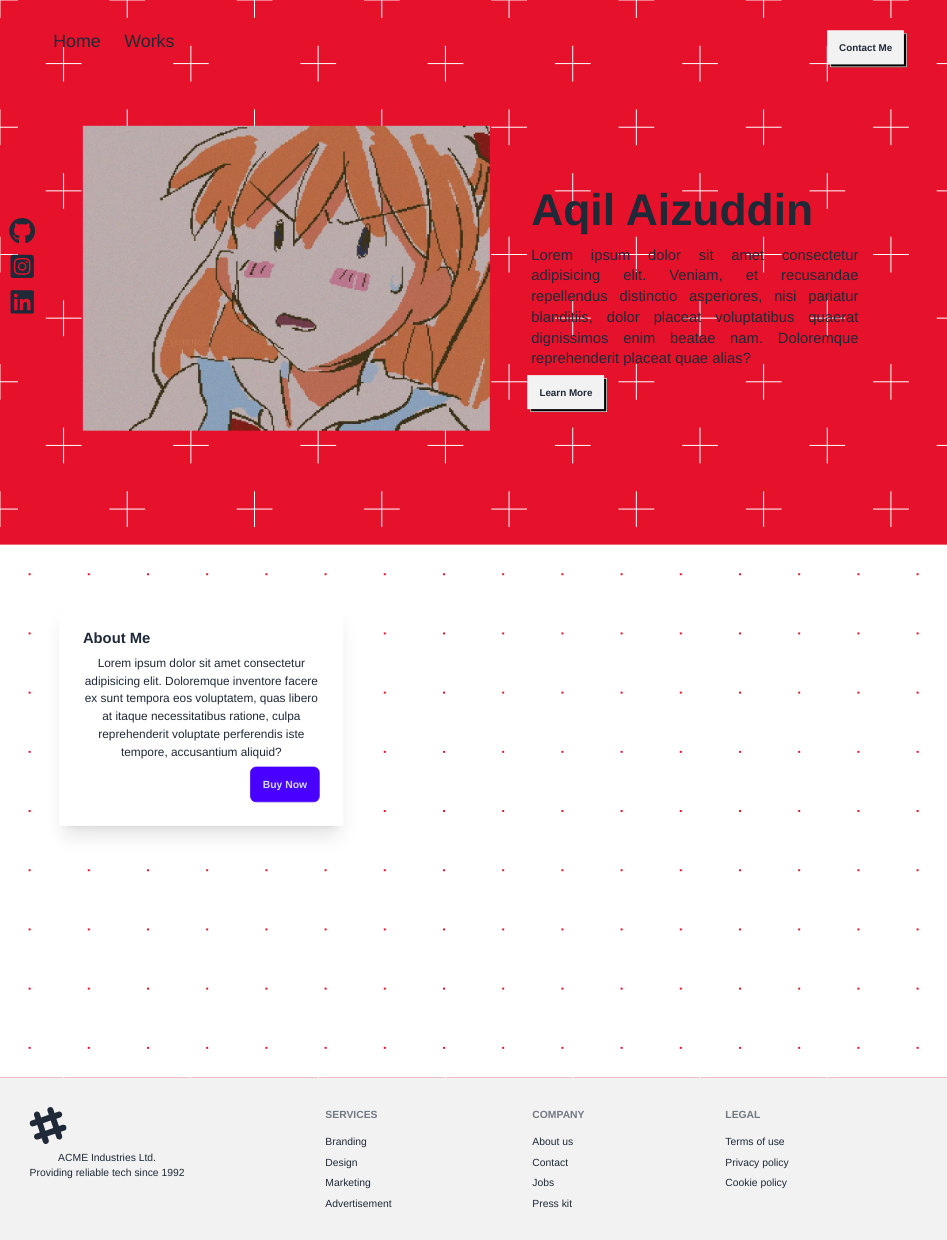
Repository: Ech026/echo-portfolio
Page: /echo-portfolio
An editor plug-in stored every save of this project. The page is shown before and after the next save, followed by the edit.
The browser window is 1280 px wide. The pictures show the whole page, at 74% of full size.
The project was rebuilt for these pictures with package versions that can differ from the ones it lists, and the page was loaded fresh each time. Also part of the build but not shown: vite.config.js, src/components/hero.jsx.

Above is the page before, as saved 2024-05-14 14:30:50.

After the next save:
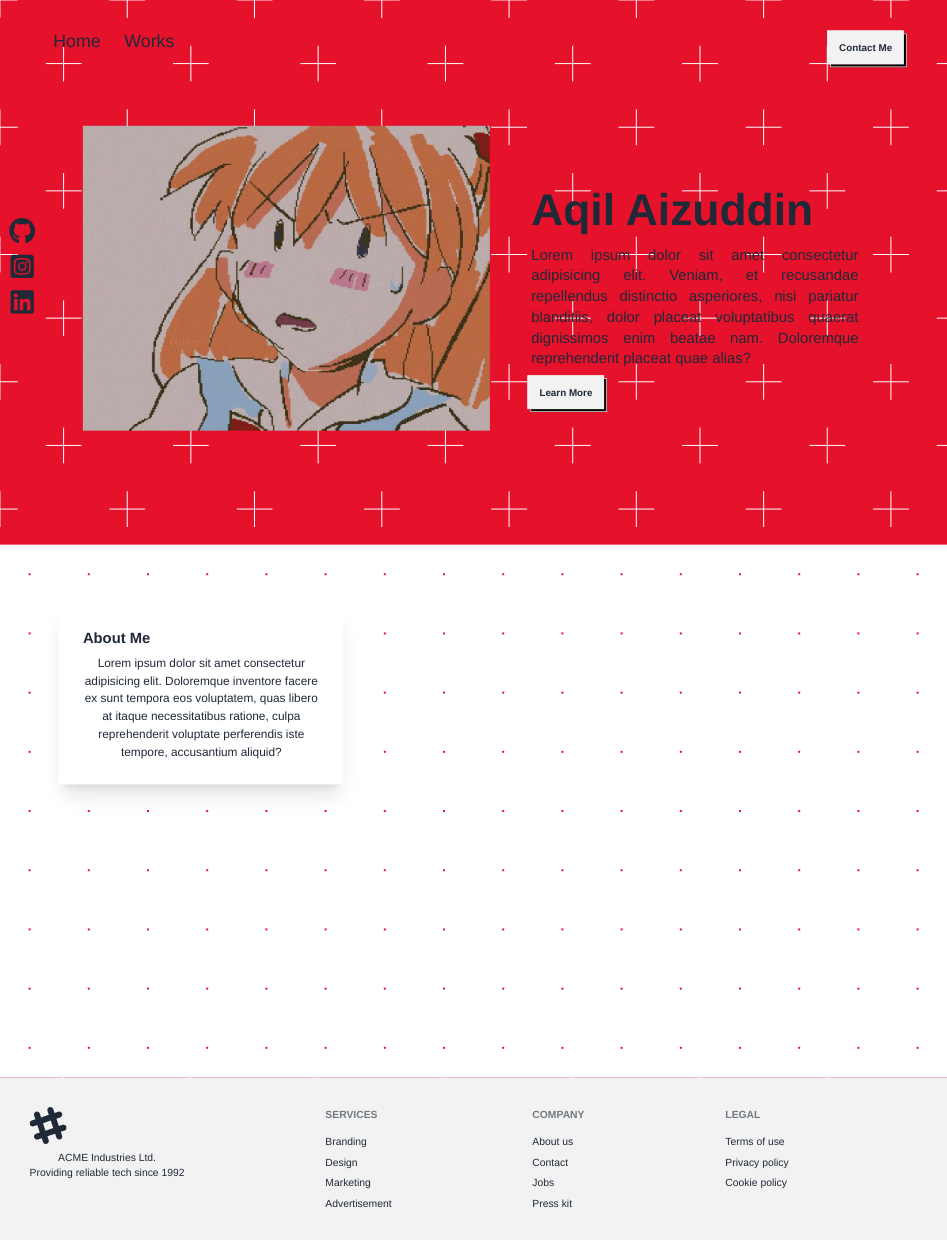
Saved 12 s later.
--- a/src/components/main.jsx
+++ b/src/components/main.jsx
@@ -39,9 +39,7 @@
           <div className="card-body">
               <h2 className="card-title">About Me</h2>
               <p>Lorem ipsum dolor sit amet consectetur adipisicing elit. Doloremque inventore facere ex sunt tempora eos voluptatem, quas libero at itaque necessitatibus ratione, culpa reprehenderit voluptate perferendis iste tempore, accusantium aliquid?</p>
-              <div className="card-actions justify-end">
-                <button className="btn btn-primary">Buy Now</button>
-              </div>
+
             </div>
           </div>
         </div>
